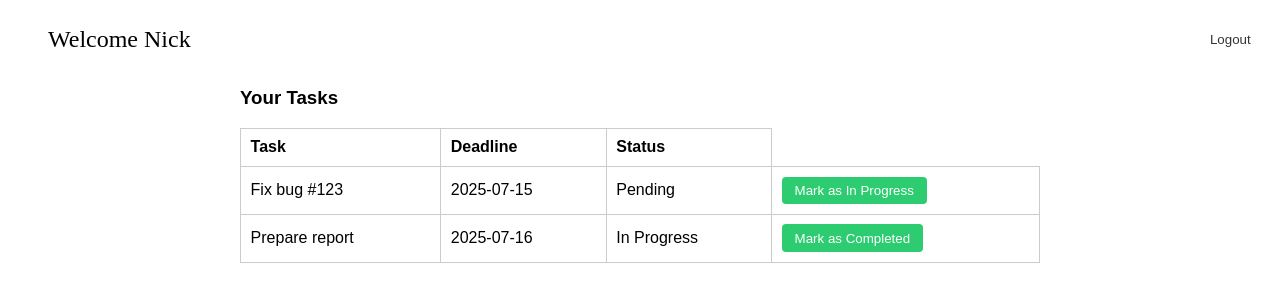
Repository: Edmund-Kiama/todoPHP
Page: /user (app in task-manager-frontend/)
The author's editor kept a copy of each file at every save. The page is drawn from the files as they stood at one save, then again after the next save.
The browser window is 1280 px wide. The pictures show the whole page.
The project was rebuilt for these pictures with package versions that can differ from the ones it lists, and the page was loaded fresh each time. Also part of the build but not shown: task-manager-frontend/vite.config.js, task-manager-frontend/src/components/Login/login.css, task-manager-frontend/src/components/Login/Login.vue, task-manager-frontend/src/components/Admin/admin.css, task-manager-frontend/src/components/Admin/AdminDashboard.vue.

Above is the page before, as saved 2025-07-12 21:58:11.

### task-manager-frontend/src/App.vue
<script setup>
  import Navbar from './components/Navbar/Navbar.vue';
  import { store } from './store';
</script>

<template>
  <Navbar />
  <router-view />
</template>

### task-manager-frontend/src/router/index.js
import { createRouter, createWebHistory } from 'vue-router';
import Login from '../components/Login/Login.vue';
import AdminDashboard from '../components/Admin/AdminDashboard.vue';
import UserDashboard from '../components/User/UserDashboard.vue';

const routes = [
  { path: '/', name: 'Login', component: Login },
  { path: '/admin', name: 'AdminDashboard', component: AdminDashboard },
  { path: '/user', name: 'UserDashboard', component: UserDashboard }
];

const router = createRouter({
  history: createWebHistory(),
  routes
});

export default router;

### task-manager-frontend/src/components/Navbar/Navbar.vue

<template>
  <nav v-if="store.user.loggedIn" class="navbar">
    <ul>
      <li v-if="user.role === 'admin'">Welcome Admin {{ user.username }}</li>
      <li v-if="user.role === 'user'">Welcome {{ user.username }}</li>
      <li><button @click="logout">Logout</button></li>
    </ul>
  </nav>
</template>

<script setup>
  import "./nav.css"
  import { store } from '../../store'
  import { useRouter } from 'vue-router'

  const router = useRouter()

  const user = store.user
  if (!user.loggedIn) router.push('/')

  function logout() {
    store.user.role = null
    store.user.loggedIn = false
    localStorage.removeItem('token')
    router.push('/')
  }
</script>

### task-manager-frontend/src/store.js
import { reactive } from 'vue'

export const store = reactive({
  user: {
    role: "user",
    loggedIn: true,
    username: "Nick"
  },
})

### task-manager-frontend/src/components/User/UserDashboard.vue
<script setup>
  import './user.css'
  import { ref, computed } from 'vue';

  // Mocked logged-in user
  const currentUser = 'user@example.com';

  // Mocked task list — in a real app, fetch from backend
  const allTasks = ref([
    { title: 'Fix bug #123', user: 'user@example.com', deadline: '2025-07-15', status: 'Pending' },
    { title: 'Prepare report', user: 'user@example.com', deadline: '2025-07-16', status: 'In Progress' },
    { title: 'Update Docs', user: 'bob@example.com', deadline: '2025-07-17', status: 'Pending' }
  ]);

  const userTasks = computed(() =>
    allTasks.value.filter(task => task.user === currentUser)
  );

  function nextStatus(status) {
    if (status === 'Pending') return 'In Progress';
    if (status === 'In Progress') return 'Completed';
    return '';
  }

  function advanceStatus(index) {
    const task = userTasks.value[index];
    if (task.status === 'Pending') {
      task.status = 'In Progress';
    } else if (task.status === 'In Progress') {
      task.status = 'Completed';
    }
  }
</script>
<template>
    <div class="user-dashboard">
      <section>
        <h3>Your Tasks</h3>
        <table v-if="userTasks.length">
          <thead>
            <tr>
              <th>Task</th><th>Deadline</th><th>Status</th>
            </tr>
          </thead>
          <tbody>
            <tr v-for="(task, index) in userTasks" :key="index">
              <td>{{ task.title }}</td>
              <td>{{ task.deadline }}</td>
              <td>{{ task.status }}</td>
              <td>
                <button
                  v-if="task.status !== 'Completed'"
                  @click="advanceStatus(index)"
                >
                  Mark as {{ nextStatus(task.status) }}
                </button>
              </td>
            </tr>
          </tbody>
        </table>

        <p v-else>No tasks assigned to you.</p>
      </section>
    </div>
</template>

### task-manager-frontend/src/components/Navbar/nav.css
.navbar {
    background: white;
}
.navbar ul {
    display: flex;
    justify-content: space-between;
    align-items: center;
    gap: 1rem;
    list-style: none;
    font-size: 1.5em;
}
.navbar ul li {
    display: flex;
    align-items: center;
}
.navbar button {
    text-decoration: none;
    background: none;
    border: none;
    padding: 0.5rem;
    border-radius: 5px;
    color: #333;
    transition: all;
    transition-duration: 300ms;
    cursor: pointer;
    margin-right: 1em;
}
.navbar button:hover {
    background-color:  #3498db;
    color: white;
}

### task-manager-frontend/src/components/User/user.css
.user-dashboard {
    max-width: 800px;
    margin: 2rem auto;
    font-family: Arial, sans-serif;
}

.user-dashboard table {
    width: 100%;
    border-collapse: collapse;
    margin-top: 1rem;
}

.user-dashboard th, td {
    padding: 0.6rem;
    border: 1px solid #ccc;
    text-align: left;
}

.user-dashboard button {
    padding: 0.4rem 0.8rem;
    background: #2ecc71;
    color: white;
    border: none;
    border-radius: 4px;
    cursor: pointer;
}

.user-dashboard button:hover {
    background: #27ae60;
}

Loaded but not shown: task-manager-frontend/index.html (common file); task-manager-frontend/src/main.js (common file)

After the next save:
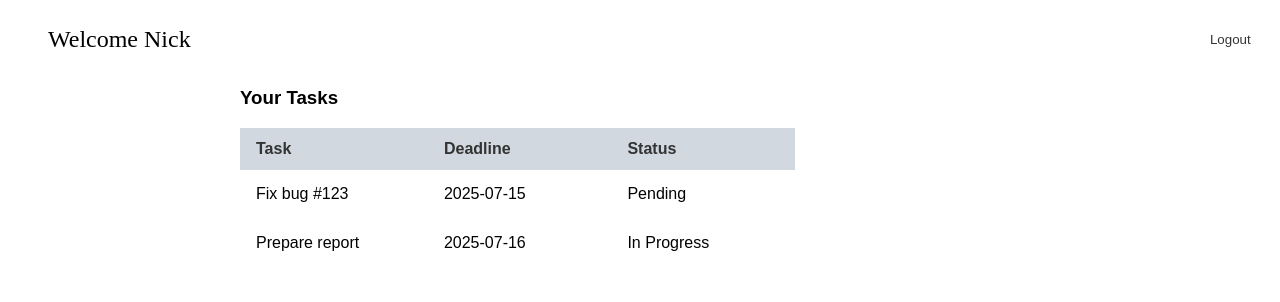
Saved 92 s later.
--- a/task-manager-frontend/src/components/User/user.css
+++ b/task-manager-frontend/src/components/User/user.css
@@ -8,13 +8,47 @@
     width: 100%;
     border-collapse: collapse;
     margin-top: 1rem;
-}
+    font-family: sans-serif;
+    border: none; /* remove outer border */
+  }
+  .user-dashboard th,
+  .user-dashboard td {
+    padding: 0.75rem 1rem;
+    text-align: left;
+    border: none; /* remove inner lines */
+    vertical-align: middle;
+    min-width: 100px;
+  }
 
-.user-dashboard th, td {
-    padding: 0.6rem;
-    border: 1px solid #ccc;
-    text-align: left;
-}
+  .user-dashboard th {
+    background-color: #d1d8df;
+    font-weight: bold;
+    color: #333;
+  }
+
+  .user-dashboard td button {
+    visibility: hidden;
+    background-color: #4DA2F7;
+    color: white;
+    border: none;
+    padding: 5px 10px;
+    margin-right: 5px;
+    border-radius: 4px;
+    cursor: pointer;
+    transition: background-color 0.2s ease;
+  }
+
+  .user-dashboard button:hover {
+    background-color: #1c74d9;
+  }
+
+  .user-dashboard tr:hover td button {
+    visibility: visible;
+  }
+
+  .user-dashboard tr:hover {
+    background-color: #f0f8ff;
+  }
 
 .user-dashboard button {
     padding: 0.4rem 0.8rem;
